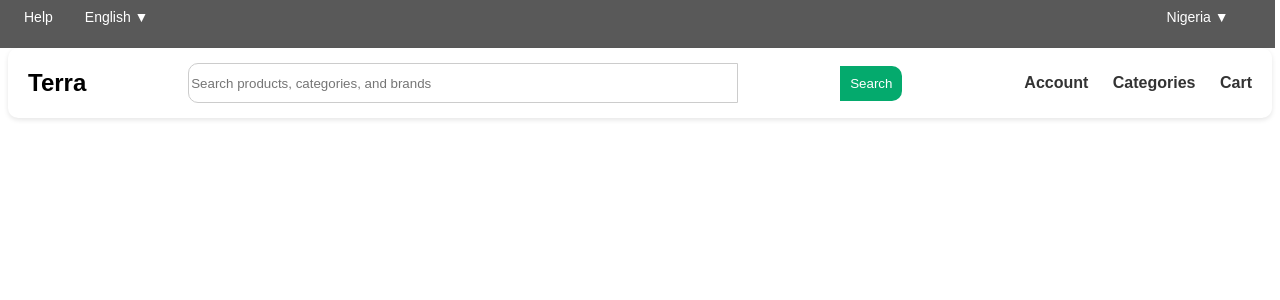
Repository: Femi007-gh/e-commerce
Page: index.html
The author's editor kept a copy of each file at every save. The page is drawn from the files as they stood at one save, then again after the next save.
The browser window is 1280 px wide. The pictures show the whole page.

Above is the page before, as saved 2025-04-28 20:12:22.

### index.html
<html>
    <head>
      <title>Shopping Cart Page</title>
      <link rel="stylesheet" href="style.css">
    </head>
  <body>
    <header>
    <div class="div1">
<div class="top-bar">
  <div class="left">
    <div class="dropdown">
      <button class="dropbtn">Help</button>
    </div>
    <div class="dropdown">
      <button class="dropbtn">English ▼</button>
      <div class="dropdown-content">
        <a href="#">English</a>
        <a href="#">Japanese</a>
        <a href="#">Korean</a>
      </div>
    </div>
  </div>
  <div class="right">
    <div class="dropdown">
      <button class="dropbtn">Nigeria ▼</button>
      <div class="dropdown-content">
        <a href="#">Nigeria</a>
        <a href="#">USA</a>
        <a href="#">China</a>
        </div>
      </div>
     </div>
   </div>
  </div>


<nav class="nav-bar">
  <div class="logo">Terra</div>
    <input type="text" placeholder="Search products, categories, and brands" class="inp">
    <button class="search">Search</button>
  </div>
  <div class="nav-icons">
    <a href="#">Account</a>
    <a href="#">Categories</a>
    <a href="#">Cart</a>
  </div>
</nav>
  </body>
</html>

### style.css
body{
  font-family: Arial;
}
.div1{
  background-color: #595959;
  width: 101%;
  height: 50px;
  margin-left: -10px;
  margin-top: -10px;
}
.top-bar {
  background-color:  #595959;
  color: white;
  padding: 10px 20px;
  display: flex;
  justify-content: space-between;
  font-size: 14px;
}

.top-bar .left, .top-bar .right {
  display: flex;
  align-items: center;
}

.dropdown {
  position: relative;
  margin-right: 20px;
}

.dropbtn {
  background: none;
  border: none;
  color: white;
  cursor: pointer;
  font-size: 14px;
}

.dropdown-content {
  display: none;
  position: absolute;
  background-color: white;
  color:  #595959;
  min-width: 100px;
  border-radius: 5px;
  box-shadow: 0px 8px 16px rgba(0,0,0,0.2);
  z-index: 1;
}

.dropdown-content a {
  padding: 8px 12px;
  display: block;
  text-decoration: none;
  color: black;
}

.dropdown-content a:hover {
  background-color: #f1f1f1;
}

.dropdown:hover .dropdown-content {
  display: block;
}

.nav-icons a {
  margin-left: 20px;
  text-decoration: none;
  color: #333;
  font-weight: 600;
}


/* Nav bar */
.nav-bar {
  display: flex;
  justify-content: space-between;
  align-items: center;
  background: white;
  padding: 15px 20px;
  margin-bottom: 20px;
  border-radius: 10px;
  box-shadow: 0 2px 5px rgba(0,0,0,0.1);
}

.nav-bar .logo {
  font-weight: 700;
  font-size: 24px;
}


 .inp {
  border: 1px solid #ccc;
  border-radius: 10px 0 0 10px;
  height:40px;
  width: 550px;
}

.search {
  background-color: #04AA6D;
  color: white;
  border: none;
  border-radius: 0 10px 10px 0;
  cursor: pointer;
  padding: 10px 10px;
}

.nav-icons a {
  margin-left: 20px;
  text-decoration: none;
  color: #333;
}

After the next save:
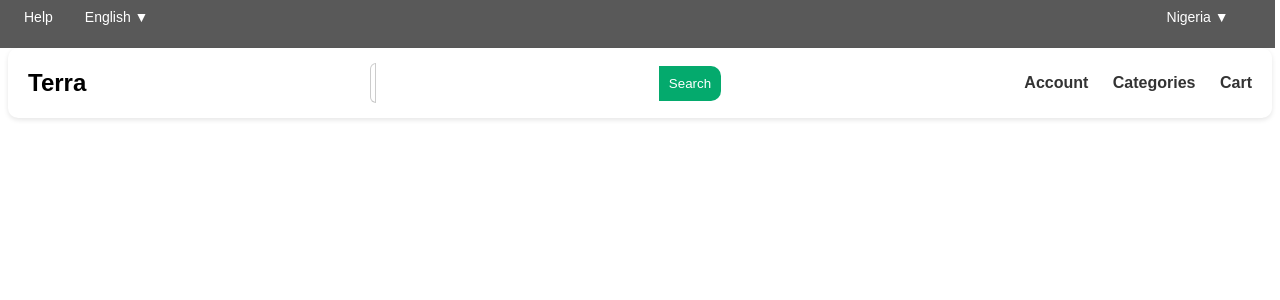
Saved 6 s later.
--- a/style.css
+++ b/style.css
@@ -91,7 +91,7 @@
   border: 1px solid #ccc;
   border-radius: 10px 0 0 10px;
   height:40px;
-  width: 550px;
+  width: 5px;
 }
 
 .search {

After the save that followed:
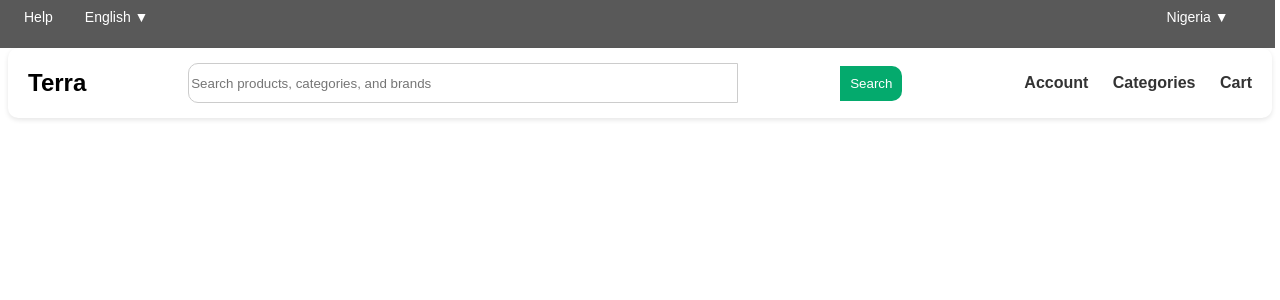
Saved 5 min 10 s later.
--- a/style.css
+++ b/style.css
@@ -91,7 +91,7 @@
   border: 1px solid #ccc;
   border-radius: 10px 0 0 10px;
   height:40px;
-  width: 5px;
+  width: 550px;
 }
 
 .search {
